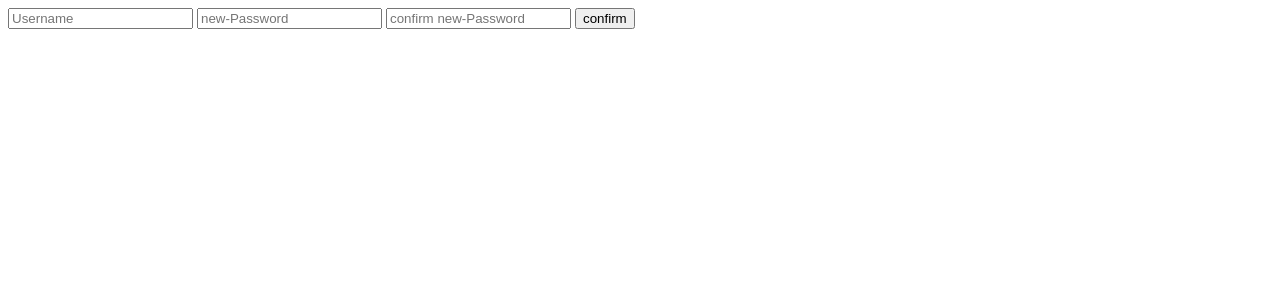
Repository: YagahAi/MARCATIR
Page: forgottenpass.html
The author's editor kept a copy of each file at every save. The page is drawn from the files as they stood at one save, then again after a run of saves.
The browser window is 1280 px wide. The pictures show the whole page.

Above is the page before, as saved 2023-09-25 15:39:17.

After the next 4 saves:
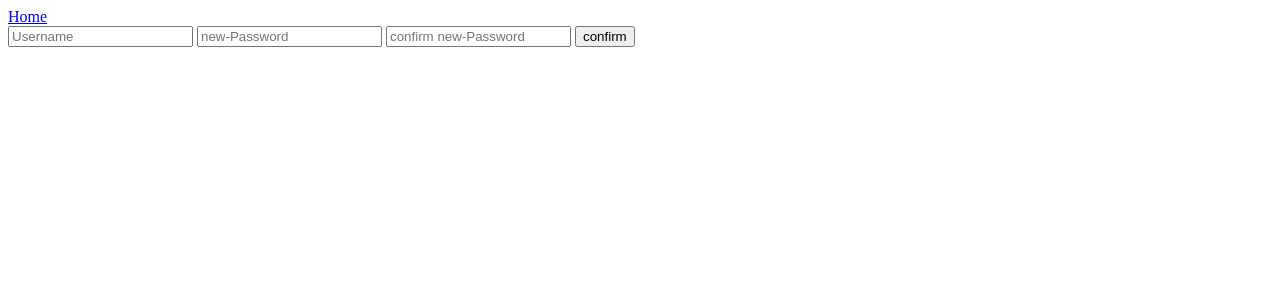
The 4 saves are shown as one change because they came seconds apart.
The last was saved 10 s later.
--- a/forgottenpass.html
+++ b/forgottenpass.html
@@ -5,7 +5,7 @@
     <meta name="viewport" content="width=device-width, initial-scale=1.0">
     <title>Document</title>
 </head>
-<a href="/index.html" class="container .hm"></a>
+<a href="/index.html" class="container .hm">Home</a>
 <body>
     <body class="container .fp">
         <form>
